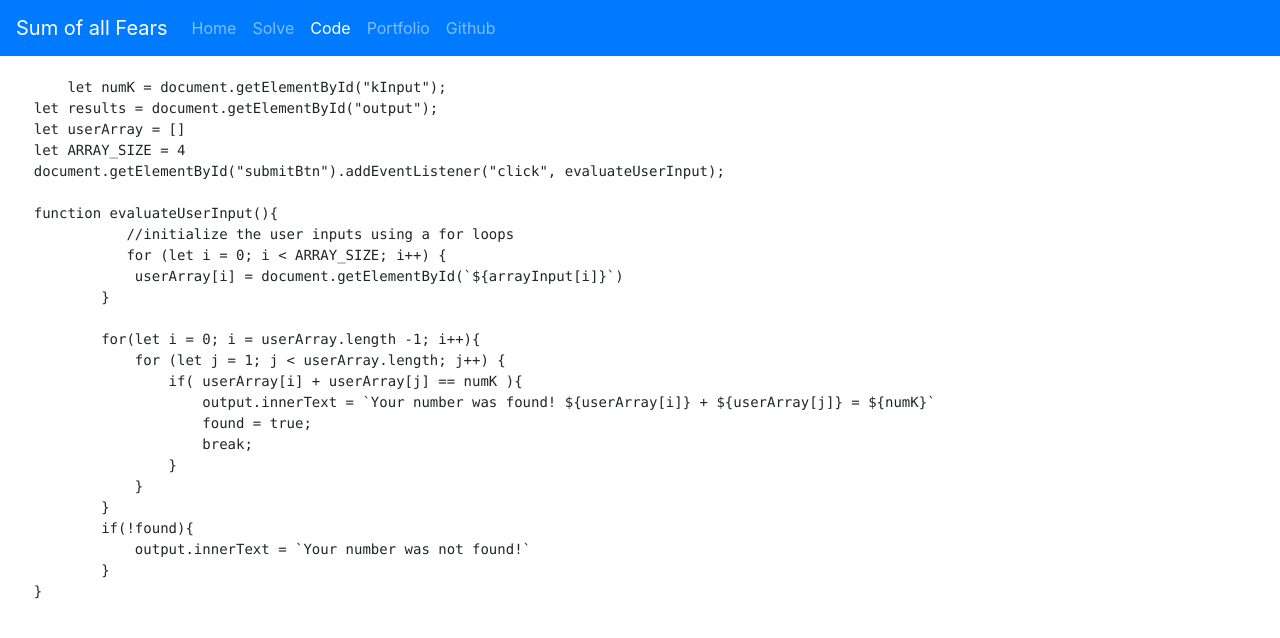
Repository: zhadjah9559/BrainBufferOverflow
Page: code.html
These files come from the project's save history. The page is drawn as it stood at one moment and after a run of saves; the edit follows.
The browser window is 1280 px wide. The pictures show the whole page.

Above is the page before, as saved 2021-01-18 00:53:26.

After the next 3 saves:
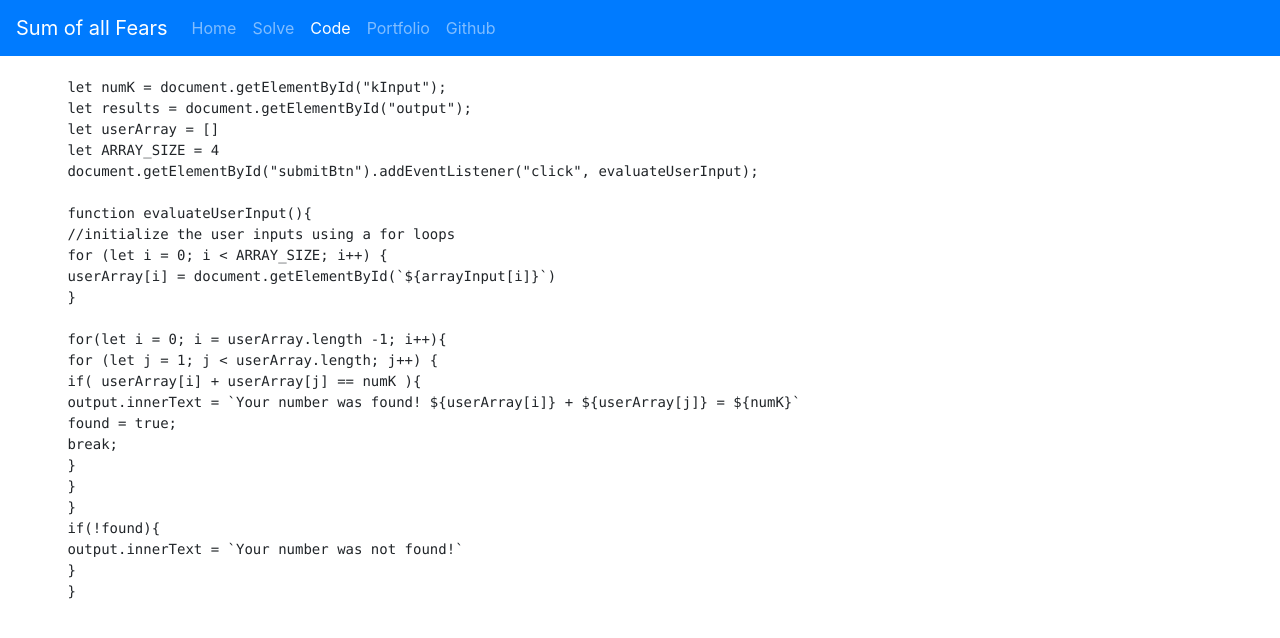
The 3 saves are shown as one change because they came seconds apart.
The last was saved 11 s later.
--- a/code.html
+++ b/code.html
@@ -40,30 +40,30 @@
 
     <pre class="line-numbers language-javascript"> <code class="language-javascript">
         let numK = document.getElementById("kInput");
-    let results = document.getElementById("output");
-    let userArray = []
-    let ARRAY_SIZE = 4
-    document.getElementById("submitBtn").addEventListener("click", evaluateUserInput);
+        let results = document.getElementById("output");
+        let userArray = []
+        let ARRAY_SIZE = 4
+        document.getElementById("submitBtn").addEventListener("click", evaluateUserInput);
 
-    function evaluateUserInput(){
-               //initialize the user inputs using a for loops
-               for (let i = 0; i < ARRAY_SIZE; i++) {
-                userArray[i] = document.getElementById(`${arrayInput[i]}`)
-            }
+        function evaluateUserInput(){
+        //initialize the user inputs using a for loops
+        for (let i = 0; i < ARRAY_SIZE; i++) {
+        userArray[i] = document.getElementById(`${arrayInput[i]}`)
+        }
 
-            for(let i = 0; i = userArray.length -1; i++){
-                for (let j = 1; j < userArray.length; j++) {
-                    if( userArray[i] + userArray[j] == numK ){
-                        output.innerText = `Your number was found! ${userArray[i]} + ${userArray[j]} = ${numK}`
-                        found = true;
-                        break;
-                    }
-                }
-            }
-            if(!found){
-                output.innerText = `Your number was not found!`
-            }
-    }
+        for(let i = 0; i = userArray.length -1; i++){
+        for (let j = 1; j < userArray.length; j++) {
+        if( userArray[i] + userArray[j] == numK ){
+        output.innerText = `Your number was found! ${userArray[i]} + ${userArray[j]} = ${numK}`
+        found = true;
+        break;
+        }
+        }
+        }
+        if(!found){
+        output.innerText = `Your number was not found!`
+        }
+        }
     </code></pre>
 
 
